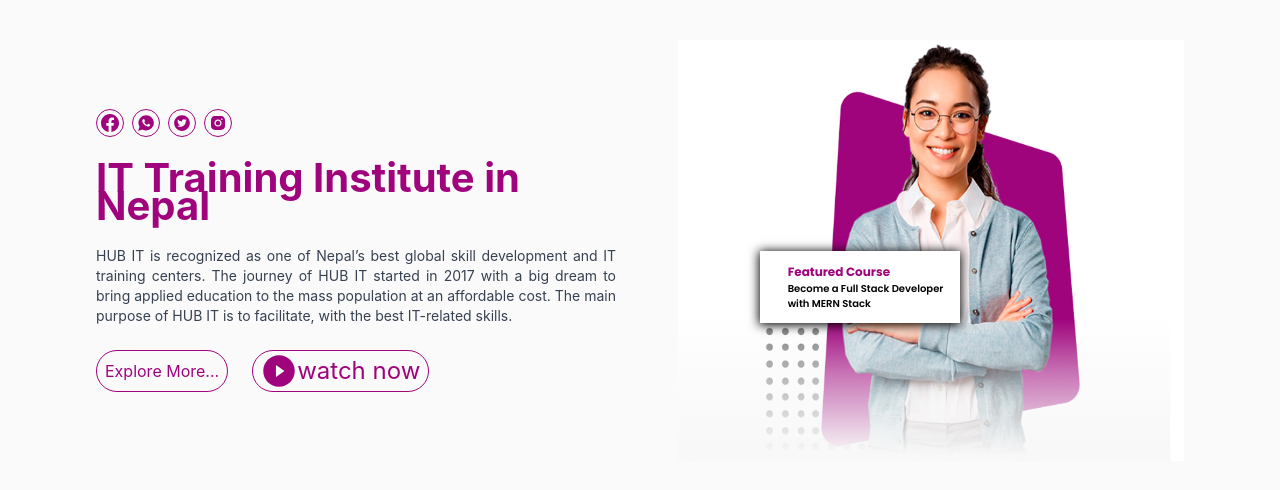
Repository: praveenmunagapati/hgllearnv2
Page: /HomePage/Home
These files come from the project's save history. The page is drawn as it stood at one moment and after the next save; the edit follows.
The browser window is 1280 px wide. The pictures show the whole page.
The project was rebuilt for these pictures with package versions that can differ from the ones it lists, and the page was loaded fresh each time. The framework's server and built-in components were replaced by stand-ins that run in the browser. Also part of the build but not shown: next.config.js.

Above is the page before, as saved 2023-01-03 14:28:11.

### pages/_app.js
import Analytics from "../components/SEO/Seo";
import "../styles/globals.css";
import "../styles/SCSS/master.scss";

function MyApp({ Component, pageProps }) {
  return <div>
    <Analytics />
    <Component {...pageProps} />
  </div>
}

export default MyApp;

### pages/HomePage/Home.jsx
import React from "react";
import { AiFillPlayCircle } from "react-icons/ai";
import Icons from "../../components/Navigation/Navitem/iconitem";
import teacher from "../../public/teacher.png";
import Image from "next/image";
import Link from "next/link";

function Home() {
  return (
    <>
      <div
        className="flex flex-col lg:flex-row xl:flex-row xxl:flex-row
          w-full justify-center items-center pb-20 pt-10
        md:px-8 lg:px-20 xl:px-24 xxl:px-32 px-4 bg-[#fafafa]"
      >
        <div className="h-max md:w-3/6 lg:w-3/6 xl:w-3/6 xxl:w-3/ 6 w-full ">
          <div className="flex mb-3">
            {Icons.map((icon, index) => {
              return (
                <div
                  key={index}
                  className="p-1 rounded-full bg-transparent flex justify-center items-center border border-[#A0047D] hover:border-none mr-2"
                >
                  <span className="text-[#A0047D] cursor-pointer hover:scale-90 duration-300 delay-200 transition-all text-base xl:text-lg xxl:text-xl">
                    <Link href={icon.path} passHref>
                      <a target={"_blank"}>{icon.icon}</a>
                    </Link>
                  </span>
                </div>
              );
            })}
          </div>
          <div className="font-bold xl:text-xl xxl:text-2xl text-[#A0047D] mb-1">
            <h1>IT Training Institute in Nepal</h1>
          </div>
          <div className="text-xs xl:text-sm xxl:text-base text-gray-700 pr-6 text-justify">
            <p>
              HUB IT is recognized as one of Nepal’s best global skill
              development and IT training centers. The journey of HUB IT started
              in 2017 with a big dream to bring applied education to the mass
              population at an affordable cost. The main purpose of HUB IT is to
              facilitate, with the best IT-related skills.
            </p>
          </div>
          <div className="flex mt-6">
            <button
              className={
                "border-[1.5px] border-[#A0047D] rounded-full mr-6 px-2 py-[5px] text-sm xl:text-base xxl:text-lg text-main hover:scale-105 transition-all ease-in-out duration-300 delay-100 hover:bg-main hover:text-white"
              }
            >
              Explore More...
            </button>
            <div className=" h-max items-center cursor-pointer">
              <div className="flex border-[1.5px] border-[#A0047D] rounded-full mr-6 px-2 py-[2px] text-sm xl:text-base xxl:text-lg text-main hover:scale-105 transition-all ease-in-out duration-300 delay-100 hover:bg-main hover:text-white">
                <AiFillPlayCircle className="text-[#a0047d] text-2xl md:hidden xl:text-4xl xxl:text-5xl" />
                <button className="text-2xl">watch now</button>
              </div>
            </div>
          </div>
        </div>
        <div className="h-full w-full mt-8  md:mt-4 lg:mt-0 xl:mt-0 mx-auto lg:w-3/6 xl:w-3/6 xxl:w-3/6">
          <div className="relative">
            <div className="ml-[3vw]">
              <Image
                src={teacher}
                alt={"Loading"}
                layout="responsive"
                width={120}
                height={100}
              />
            </div>
            <div className="bg-white shadow-[0px_1px_10px_1px_black] h-max py-3 absolute top-[50%] left-[22%]  w-[200px] ">
              <div className="h-full w-full  relative">
                <div className=" h-full w-full flex flex-col justify-center px-4 ml-3">
                  <div className="text-[12px] font-bold text-[#a0047d] Poppins">
                    Featured Course
                  </div>
                  <div className="text-[10px] font-semibold text-black Poppins">
                    Become a Full Stack Developer with MERN Stack
                  </div>
                </div>
              </div>
            </div>
          </div>
        </div>
      </div>
    </>
  );
}

export default Home;

### components/SEO/Seo.js
import Script from 'next/script'

function Analytics() {
  return (
    <div className="container">
      {/* <!-- Global site tag (gtag.js) - Google Analytics --> */}
      <Script
        src="https://www.googletagmanager.com/gtag/js?id=G-HL5GL0WCSP"
        strategy="afterInteractive"
      />
      <Script id="google-analytics" strategy="afterInteractive">
        {`
      window.dataLayer = window.dataLayer || [];
      function gtag(){dataLayer.push(arguments);}
      gtag('js', new Date());

      gtag('config', 'G-HL5GL0WCSP');
        `}
      </Script>

    </div>
  )
}

export default Analytics

### styles/globals.css
html,
body {
  padding: 0;
  margin: 0;
  font-family: -apple-system, BlinkMacSystemFont, Segoe UI, Roboto, Oxygen,
    Ubuntu, Cantarell, Fira Sans, Droid Sans, Helvetica Neue, sans-serif;
    scroll-behavior: smooth;
    box-sizing: border-box;
}

a {
  color: inherit;
  text-decoration: none;
}

* {
  box-sizing: border-box;
}

.info::-webkit-scrollbar{
  display: none;

}
.info{
  width: 20vw;

}
@tailwind base;
@tailwind components;
@tailwind utilities;

### styles/SCSS/master.scss
@import "./utils.scss";

### components/Navigation/Navitem/iconitem.js
import { BsFacebook } from 'react-icons/bs';
import { IoLogoWhatsapp } from 'react-icons/io';
import { AiFillTwitterCircle } from 'react-icons/ai';
import { AiFillInstagram } from 'react-icons/ai';

const Icons = [
    { icon: <BsFacebook />, path:"https://www.facebook.com/hubitts" },
    { icon: < IoLogoWhatsapp />, path:"https://wa.me/message/R23HVVD5DWPVI1" },
    { icon: <AiFillTwitterCircle />, path:"https://twitter.com/hubittraining" },
    { icon: <AiFillInstagram />,path:"https://www.instagram.com/hubittraining" }
];

export default Icons;

### styles/SCSS/utils.scss
$primaryColor: #09313e;

$primaryLight: rgba(2, 167, 217, 0.1);
$Gray: #686868;
$GrayD: #6a6363;
$SecondaryColor: #ef3c23;
$Dark: #0d0106;

$GrayOne: #f9f9f9;
$GrayTwo: #f2f2f2;
$grayFour: #e3e3e3;
$buttonone: #159996;
$TabGray: #e5e7eb;

$GrayOne: #f9f9f9;
$GrayTwo: #f2f2f2;
$grayFour: #e3e3e3;
$buttonone: #159996;

//  font family
@import url("https://fonts.googleapis.com/css2?family=Poppins:ital,wght@0,100;0,200;0,300;0,500;0,600;0,700;0,800;0,900;1,100;1,200;1,300;1,400;1,500;1,600;1,700;1,800;1,900&display=swap");
.Poppins {
  font-family: "Poppins", sans-serif;
}
// fonts closed

.bg-primary {
  background-color: $primaryColor;
}
.bg-primary-light {
  background-color: $primaryLight;
}

.bg-gray {
  background-color: $Gray;
}
.bg-grayOne {
  background-color: $GrayOne;
}
.bg-grayTwo {
  background-color: $GrayTwo;
}
.bg-grayFour {
  background-color: $grayFour;
}
.bg-grayD {
  background-color: $GrayD;
}
.border-primary {
  border-color: $primaryColor;
}
.text-primary {
  color: $primaryColor;
}
.bg-secondary {
  background-color: $SecondaryColor;
}
.text-secondary {
  color: $SecondaryColor;
}
.text-gray {
  color: $Gray;
}
.text-grayD {
  color: #686868;
}
.text-gray-dark {
  color: $GrayD;
}

@mixin btn($bg, $color) {
  background-color: $bg;
  color: $color;
  display: flex;
  justify-content: center;
  cursor: pointer;
  align-items: center;
  padding: 8px 16px;
  transition: all 0.2s;
}
.btn-primary {
  @include btn($primaryColor, white);
}
.btn-Add {
  @include btn($buttonone, white);
}
.btn-secondary {
  @include btn($GrayD, black);
}
@mixin btn-outline($color, $border) {
  border: 1px solid $border;
  color: $color;
  display: flex;
  justify-content: center;
  align-items: center;
  padding: 8px 16px;
  cursor: pointer;
  transition: all 0.2s;
}
.btn-outline-primary {
  @include btn-outline($primaryColor, $primaryColor);
  cursor: pointer;
}

.btn-outline-secondary {
  @include btn-outline($SecondaryColor, $SecondaryColor);
  cursor: pointer;
}
.btn-outline-Gray {
  @include btn-outline($Gray, $Gray);
  cursor: pointer;
}
.card {
  background-color: white;
  box-shadow: 1px 1px 4px 2px rgba(0, 0, 0, 0.06);
  padding: 1rem;
}

.card-one {
  background-color: white;
  // border-radius: 10px;
  box-shadow: 1px 1px 1px 1px rgba(0, 0, 0, 0.02);
  padding: 1.5rem 2.5rem;
}
.container {
  width: 100%;
  margin-left: auto;
  margin-right: auto;
}
.OverViewButton {
  font-family: "Open Sans", sans-serif;
  font-weight: 400;
  cursor: pointer;
  height: fit-content;
}

body::-webkit-scrollbar {
  display: none;
  width: 0.8rem;
}

body::-webkit-scrollbar-track {
  display: none;
  box-shadow: inset 0 0 6px rgba(0, 0, 0, 0.3);
}

body::-webkit-scrollbar-thumb {
  display: none;
  background-color: rgb(117, 136, 144);
  outline: 1px solid slategrey;
}
.scroll {
  overflow: scroll;
}
.scroll::-webkit-scrollbar {
  display: none;
  width: 0.08rem;
}
.scroll::-webkit-scrollbar-thumb {
  display: none;
  background-color: $GrayD;
  outline: 1px solid $GrayD;
}
#UserProfile::after {
  content: " ";
  height: 0;
  position: absolute;
  width: 0;
  top: -19px;
  right: 14px;
  border: 10px solid transparent;
  border-bottom-color: $GrayTwo;
}
input {
  outline: none;
}
// default css for html elemets
h1 {
  display: block;
  font-size: 2em;
  margin-top: 0.67em;
  margin-bottom: 0.67em;
  margin-left: 0;
  margin-right: 0;
  font-weight: bold;
}
h2 {
  display: block;
  font-size: 1.5em;
  margin-top: 0.83em;
  margin-bottom: 0.83em;
  margin-left: 0;
  margin-right: 0;
  font-weight: bold;
}
h3 {
  display: block;
  font-size: 1.17em;
  margin-top: 1em;
  margin-bottom: 1em;
  margin-left: 0;
  margin-right: 0;
  font-weight: bold;
}
h4 {
  display: block;
  margin-top: 1.33em;
  margin-bottom: 1.33em;
  margin-left: 0;
  margin-right: 0;
  font-weight: bold;
}
h5 {
  display: block;
  font-size: 0.83em;
  margin-top: 1.67em;
  margin-bottom: 1.67em;
  margin-left: 0;
  margin-right: 0;
  font-weight: bold;
}
h6 {
  display: block;
  font-size: 0.67em;
  margin-top: 2.33em;
  margin-bottom: 2.33em;
  margin-left: 0;
  margin-right: 0;
  font-weight: bold;
}

.collapsible .content {
  padding: 0.5rem;
}
.collapsible .content-parent {
  height: 0px;
  overflow: hidden;
  transition: height ease-in-out 0.4s;
}
.roundeds {
  display: none;
  color: transparent;
  padding: 0px 0px 0px 5px;
  transition: ease-in-out 0.8s;

  background: #03c9a9;
  position: relative;
  display: block;
  float: left;
}
.roundeds::before {
  content: " ";
  display: block;
  width: 0;
  height: 0;
  border-top: 50px solid transparent;
  border-bottom: 50px solid transparent;
  border-left: 30px solid #03c9a9;
  position: absolute;
  top: 50%;
  margin-top: -50px;
  margin-left: 1px;
  left: 100%;
  z-index: 1;
}
.roundeds::after {
  content: " ";
  display: block;
  width: 0;
  height: 0;
  border-top: 50px solid transparent;
  border-bottom: 50px solid transparent;
  border-left: 30px solid #03c9a9;
  position: absolute;
  top: 50%;
  margin-top: -50px;
  left: 100%;
  z-index: 2;
}
.text {
  color: #03c9a9;
}
.bg-color {
  background-color: rgb(251, 252, 252);
}

.categoryFilter {
  color: rgb(239, 239, 239);
  text-shadow: 1px 1px 5px rgb(25, 24, 24);
}
.hoverme:hover {
  background-color: #02a8da;
}
.textPrimary:hover {
  color: rgba(160, 4, 125, 1);
}

// .featureData{
//   background-image: url('../../public/Teamwork.jpeg');
//   // background-image:linear-gradient(0deg, rgba(2,10,20,0.8995973389355743) 20%, rgba(0,2,20,0.6979166666666667) 55%, rgba(1,2,1,0.3029586834733894) 80%, rgba(1,2,3,0.8995973389355743) 100%), url(../../public/Teamwork.jpeg);
//   background-repeat: no-repeat;

// }
// .featureData::before{
//   ba
// }

.hovertext:hover {
  color: #02a8da;
}

.smalltext {
  font-size: 1px;
  color: red;
}
.borderRadiusHome {
  width: 0;
  height: 345px;
  // border: 130px solid green;
  // border-left: 25px solid red;
  // border-width: 0 25px 25px 0px;
  // border-right: 200px solid red;

  border-bottom-left-radius: 0px;
  border-top-left-radius: 80px;
  border-top-right-radius: 800px;
  border-bottom-right-radius: 505px;
  border: 100px solid rgba(160, 4, 125, 1);
  transform: rotatex(180deg);
  // position: relative;
}
.borderRadiusHome::before {
  content: "";
  top: -83px;
  left: -104px;
  position: absolute;
  // border-radius: 10px;
  background-color: rgba(160, 4, 125, 1);
  // background-color: red;
  width: 300px;
  height: 250px;
  border-bottom-left-radius: 170px;
  border-top-left-radius: 50px;
  border-bottom-right-radius: 30px;

  border-top-right-radius: 50px;
  transform: rotate(8deg);
}
.borderRadiusHome::after {
  content: "";
  top: 173px;
  left: -110px;
  position: absolute;
  width: 282px;
  height: 60px;
  border-bottom-left-radius: 20px;
  border-bottom-right-radius: 15px;
  border-top-left-radius: 35px;
  border-top-right-radius: 30px;
  transform: rotate(-22deg);
  // background-color: red;

  background-color: rgba(160, 4, 125, 1);
}
.buttonWidth {
  width: 570px;
}

// fonts closed
// css for slider
.width {
  min-width: 100%;
}
// scroll to top ko button ko css included gareko
.back-to-top {
  position: fixed;
  bottom: 90px;
  right: 20px;
  font-size: 50px;
  background: rgba(160, 4, 125, 1);
  color: white;
  cursor: pointer;
  border-radius: 100px;
  border: none;
  box-shadow: 0 5px 10px rgb(156, 62, 136);
  z-index: 10;
}

.borderRight {
  background-color: gray;
  width: 1px;
  height: 15px;
}
.borderRadiusTop {
  border-top-left-radius: 5px;
  border-top-right-radius: 5px;
}
.borderRadiusTopHover:hover {
  border-top-left-radius: 5px;
  border-top-right-radius: 5px;
}

@keyframes nextPage {
  0% {
    opacity: 0.8;
    transform: translate(60px, 0);
  }

  100% {
    opacity: 1;
    transform: translate(0, 0);
  }
}

@keyframes prevPage {
  0% {
    opacity: 0.8;
    transform: translate(-60px, 0);
  }

  100% {
    opacity: 1;
    transform: translate(0, 0);
  }
}

.tipDown {
  background-color: rgba(160, 4, 125, 1);
  position: relative;
  z-index: 900;
}
.tipDown::after {
  content: "";
  position: absolute;
  width: 30px;
  background-color: rgba(160, 4, 125, 1);
  z-index: -10;
  height: 30px;
  top: 20px;
  left: 18px;
  rotate: 50deg;
  // border-bottom-left-radius: 20px;
  // border-bottom-right-radius: 20px;
}
.animatePulse {
  animation: pulse 2s cubic-bezier(0.4, 0, 0.6, 1) infinite;

  @keyframes pulse {
    0%,
    100% {
      opacity: 1;
    }
    50% {
      opacity: 0.75;
      background-color: rgb(33, 28, 28);
      // color: rgba(160, 4, 125, 1);
    }
  }
}

### tailwind.config.js
module.exports = {
  content: [
    "./pages/**/*.{js,ts,jsx,tsx}",
    "./components/**/*.{js,ts,jsx,tsx}",
    "./HOC/**/*.{js,ts,jsx,tsx}",
  ],
  theme: {
    screens: {
      xs: { max: "575.98px" },
      sm: { min: "576px", max: "767.98px" },
      md: { min: "768px", max: "991.98px" },
      lg: { min: "992px", max: "1199.98px" },
      xl: { min: "1200px", max: "1399.98px" },
      xxl: { min: "1400px" },
    },
    extend: {
      colors: {
        main: "rgba(160, 4, 125, 1)",
        hoverMain: "#c2259f",
      },
      height: {
        84: "21rem",
        94: "22rem",
        98: "27rem",
        100: "28rem",
        103: "32rem",
        104: "32.5rem",
        108: "34rem",
      },
      width: {
        84: "21rem",
        94: "22rem",
        98: "27rem",
        100: "28rem",
        104: "31rem",
        108: "36rem",
        110: "38rem",
      },
      top: {
        104: "28rem",
      },
    },
  },
  plugins: [require("@tailwindcss/line-clamp")],
};

After the next save:
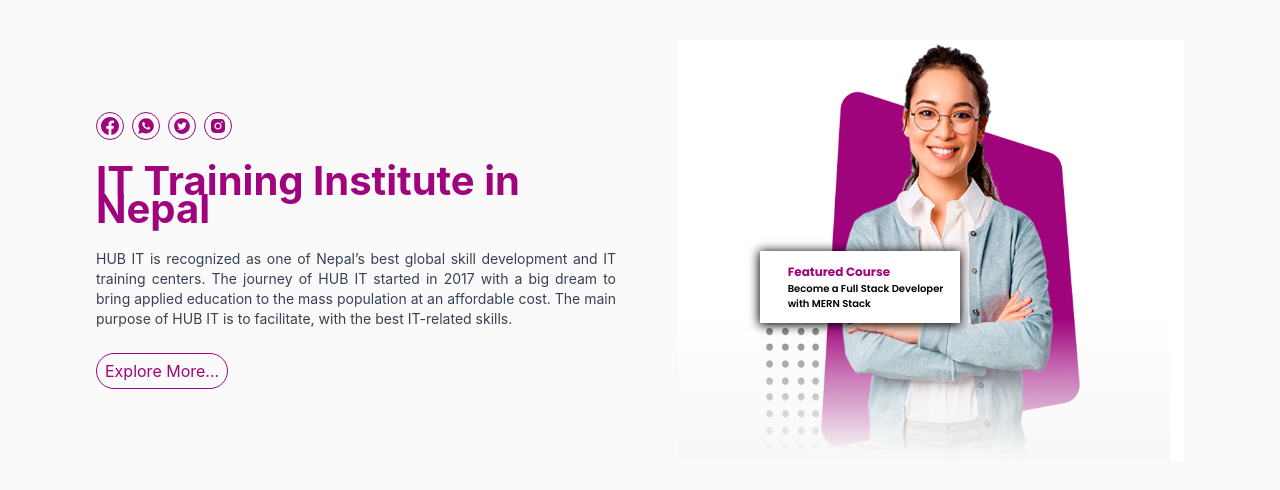
Saved 14 min 50 s later.
--- a/pages/HomePage/Home.jsx
+++ b/pages/HomePage/Home.jsx
@@ -42,7 +42,7 @@
               facilitate, with the best IT-related skills.
             </p>
           </div>
-          <div className="flex mt-6">
+          <div className="flex mt-6 md:">
             <button
               className={
                 "border-[1.5px] border-[#A0047D] rounded-full mr-6 px-2 py-[5px] text-sm xl:text-base xxl:text-lg text-main hover:scale-105 transition-all ease-in-out duration-300 delay-100 hover:bg-main hover:text-white"
@@ -50,12 +50,6 @@
             >
               Explore More...
             </button>
-            <div className=" h-max items-center cursor-pointer">
-              <div className="flex border-[1.5px] border-[#A0047D] rounded-full mr-6 px-2 py-[2px] text-sm xl:text-base xxl:text-lg text-main hover:scale-105 transition-all ease-in-out duration-300 delay-100 hover:bg-main hover:text-white">
-                <AiFillPlayCircle className="text-[#a0047d] text-2xl md:hidden xl:text-4xl xxl:text-5xl" />
-                <button className="text-2xl">watch now</button>
-              </div>
-            </div>
           </div>
         </div>
         <div className="h-full w-full mt-8  md:mt-4 lg:mt-0 xl:mt-0 mx-auto lg:w-3/6 xl:w-3/6 xxl:w-3/6">
